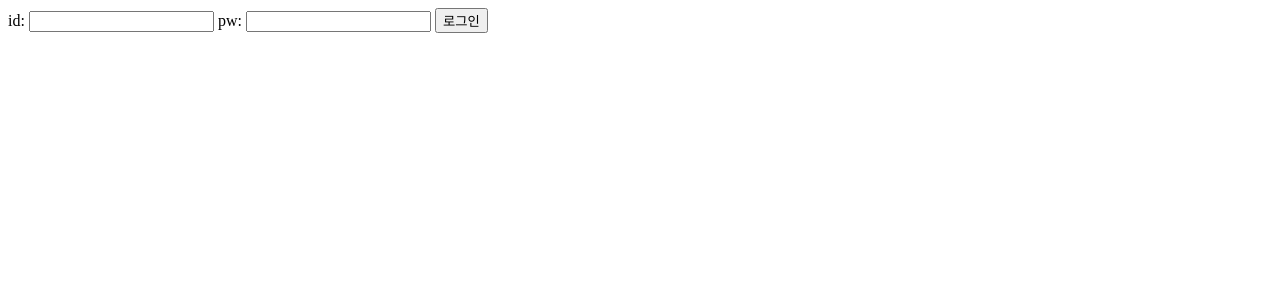
Repository: deok2kim/Java
Page: http://localhost/spring01/login.do
These files come from the project's save history. The page is drawn as it stood at one moment and after the next save; the edit follows.
The browser window is 1280 px wide. The pictures show the whole page.
The page is served by Tomcat 9.

Above is the page before, as saved 2020-11-24 14:13:40.

After the next save:
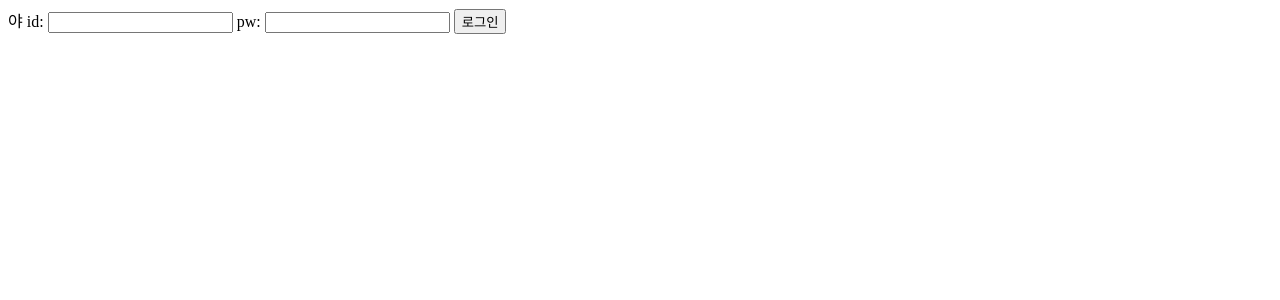
Saved 9 s later.
--- a/spring01/src/main/webapp/WEB-INF/views/test/login.jsp
+++ b/spring01/src/main/webapp/WEB-INF/views/test/login.jsp
@@ -25,7 +25,7 @@ $(function(){
 </script>
 </head>
 <body>
-
+야
 id: <input type="text" id="id">
 pw: <input type="password" id="pw">
 <input type="button" id="btnLogin" value="로그인">
